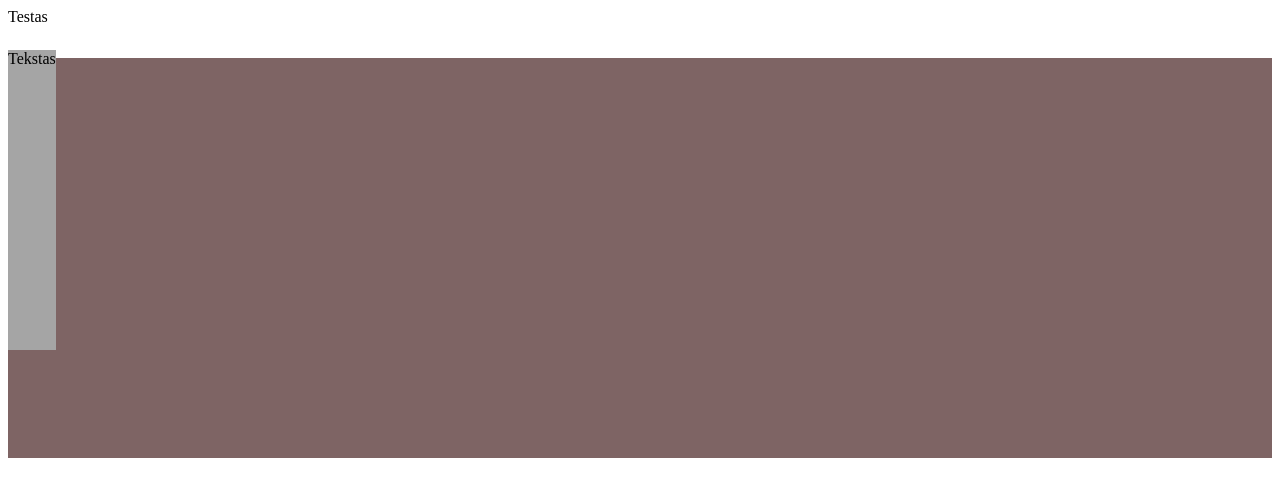
Repository: motiejus1/13-paskaita-05.31
Page: index.html
An editor plug-in stored every save of this project. The page is shown before and after a run of saves, followed by the edit.
The browser window is 1280 px wide. The pictures show the whole page.

Above is the page before, as saved 2021-06-21 19:30:04.

After the next 3 saves:
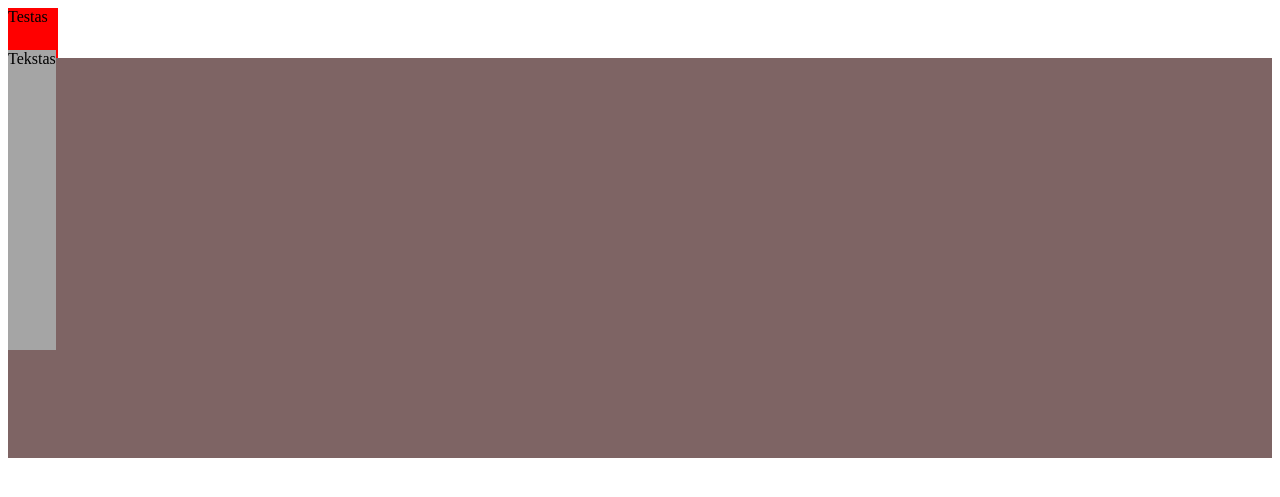
The 3 saves are shown as one change because they came seconds apart.
The last was saved 8 s later.
--- a/index.html
+++ b/index.html
@@ -16,7 +16,7 @@
         .kvadratelis {
             width: 50px;
             height: 50px;
-            backgor
+            background-color: red; ;
 
         }
 
